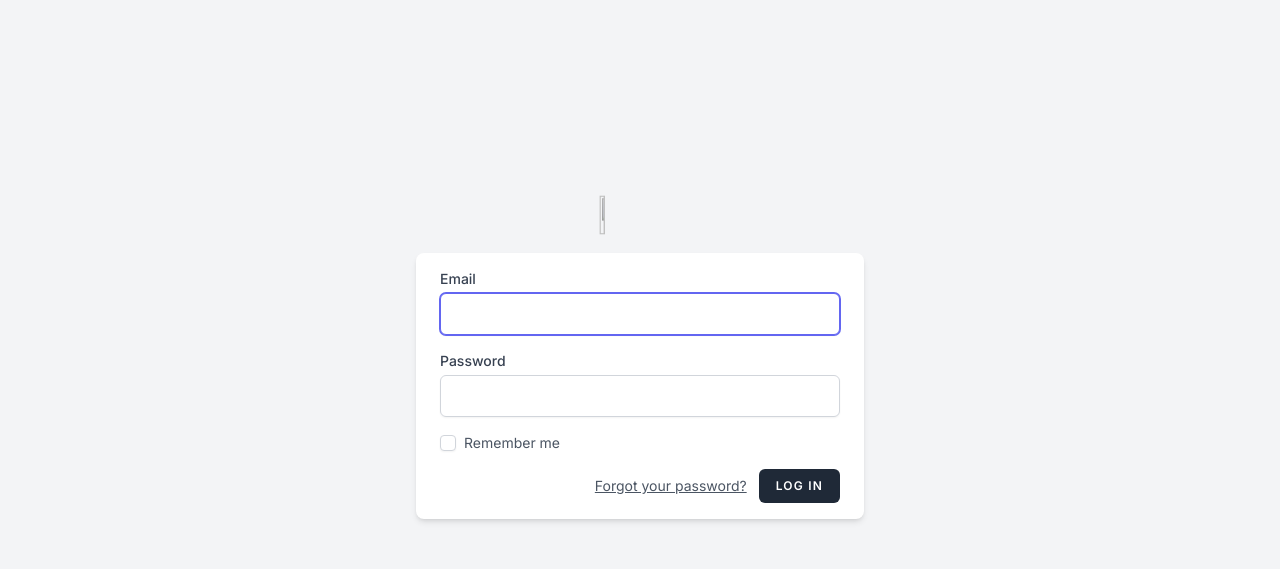
Repository: cosmin05072018/fantastic-events-manager
Page: http://localhost/login
An editor plug-in stored every save of this project. The page is shown before and after the next save, followed by the edit.
The browser window is 1280 px wide. The pictures show the whole page.
The page is served by the project's Laravel application, run on PHP 8.4 with Laravel 10. Other server files are loaded and not shown. Style sheets and scripts are compiled from the project's sources, by tool versions that may differ from the author's.

Above is the page before, as saved 2024-11-03 17:51:57.

### routes/web.php
<?php

use App\Http\Controllers\ProfileController;
use Illuminate\Support\Facades\Route;

/*
|--------------------------------------------------------------------------
| Web Routes
|--------------------------------------------------------------------------
|
| Here is where you can register web routes for your application. These
| routes are loaded by the RouteServiceProvider and all of them will
| be assigned to the "web" middleware group. Make something great!
|
*/

Route::get('/', function () {
    return view('startApp');
});

Route::get('/dashboard', function () {
    return view('dashboard');
})->middleware(['auth', 'verified'])->name('dashboard');

Route::middleware('auth')->group(function () {
    Route::get('/profile', [ProfileController::class, 'edit'])->name('profile.edit');
    Route::patch('/profile', [ProfileController::class, 'update'])->name('profile.update');
    Route::delete('/profile', [ProfileController::class, 'destroy'])->name('profile.destroy');
});

require __DIR__.'/auth.php';

### resources/views/auth/login.blade.php
<link rel="stylesheet" href="{{ asset('css/custom.css') }}">
<x-guest-layout>
    <!-- Session Status -->
    <x-auth-session-status class="mb-4" :status="session('status')" />

    <form method="POST" action="{{ route('login') }}">
        @csrf

        <!-- Email Address -->
        <div>
            <x-input-label for="email" :value="__('Email')" />
            <x-text-input id="email" class="block mt-1 w-full" type="email" name="email" :value="old('email')" required autofocus autocomplete="username" />
            <x-input-error :messages="$errors->get('email')" class="mt-2" />
        </div>

        <!-- Password -->
        <div class="mt-4">
            <x-input-label for="password" :value="__('Password')" />

            <x-text-input id="password" class="block mt-1 w-full"
                            type="password"
                            name="password"
                            required autocomplete="current-password" />

            <x-input-error :messages="$errors->get('password')" class="mt-2" />
        </div>

        <!-- Remember Me -->
        <div class="block mt-4">
            <label for="remember_me" class="inline-flex items-center">
                <input id="remember_me" type="checkbox" class="rounded dark:bg-gray-900 border-gray-300 dark:border-gray-700 text-indigo-600 shadow-sm focus:ring-indigo-500 dark:focus:ring-indigo-600 dark:focus:ring-offset-gray-800" name="remember">
                <span class="ms-2 text-sm text-gray-600 dark:text-gray-400">{{ __('Remember me') }}</span>
            </label>
        </div>

        <div class="flex items-center justify-end mt-4">
            @if (Route::has('password.request'))
                <a class="underline text-sm text-gray-600 dark:text-gray-400 hover:text-gray-900 dark:hover:text-gray-100 rounded-md focus:outline-none focus:ring-2 focus:ring-offset-2 focus:ring-indigo-500 dark:focus:ring-offset-gray-800" href="{{ route('password.request') }}">
                    {{ __('Forgot your password?') }}
                </a>
            @endif

            <x-primary-button class="ms-3">
                {{ __('Log in') }}
            </x-primary-button>
        </div>
    </form>
</x-guest-layout>

### resources/views/components/application-logo.blade.php
<div class="logo-img">
    <img src="{{ asset('storage/logo.svg') }}" alt="Logo" style="width: 20% !important;">
</div>

### public/css/custom.css
@import url("https://fonts.googleapis.com/css2?family=Inter:ital,opsz,wght@0,14..32,100..900;1,14..32,100..900&family=Open+Sans:ital,wght@0,300..800;1,300..800&display=swap");

:root {
    --white: #ffffff;
    --public-events: linear-gradient(to bottom, #afeeee, #40e0d0, #00ced1);
    --hotel-manager: linear-gradient(to right, #0099ffc0, #3a7bd5);
    --booking: linear-gradient(to right, #e43a15, #e65245);
}

* {
    box-sizing: border-box;
    padding: 0;
    margin: 0;
    font-family: "Inter", sans-serif;
}

body {
    background-repeat: no-repeat;
    background-size: cover;
    background-image: linear-gradient(
        30deg,
        hsla(344, 78%, 61%, 0.5),
        hsla(187, 100%, 42%, 0.5)
    );
}

.card {
    border-radius: 30% 70% 70% 30% / 60% 30% 70% 40%;
    height: 200px !important;
    transition: 0.4s linear;
    box-shadow: rgba(255, 255, 255, 0.1) 0px 1px 1px 0px inset,
        rgba(50, 50, 93, 0.25) 0px 50px 100px -20px,
        rgba(0, 0, 0, 0.3) 0px 30px 60px -30px;
}

.logo-img  {
    transition: 0.4s linear;
    transform: scale(1.4);
    z-index: 1;
}

.logo-img:hover {
    transform: scale(1.7);
}

.card:hover {
    transform: scale(1.1);
}

.btns-first-page {
    border: 0px !important;
    background: linear-gradient(
        30deg,
        hsl(344, 78%, 61%),
        hsla(187, 100%, 42%, 0.942)
    );
    color: var(--white);
    border-radius: 50px 10px 50px 10px;
}

.btns-first-page a{
    color: var(--white);
    text-decoration: none !important;
}

.public-events {
    background: var(--public-events);
}

.hotel-manager {
    background: var(--hotel-manager);
}

.booking {
    background: var(--booking);
}

Loaded but not shown: routes/auth.php (common file); app/Http/Controllers/Auth/EmailVerificationPromptController.php (common file); app/Http/Controllers/Controller.php (common file); app/Http/Controllers/Auth/VerifyEmailController.php (common file); app/Http/Controllers/Auth/AuthenticatedSessionController.php (common file); app/View/Components/GuestLayout.php (common file); resources/views/components/auth-session-status.blade.php (common file); resources/views/components/input-label.blade.php (common file); resources/views/components/text-input.blade.php (common file); resources/views/components/input-error.blade.php (common file); resources/views/components/primary-button.blade.php (common file); resources/views/layouts/guest.blade.php (common file); resources/css/app.css (common file); tailwind.config.js (common file); resources/js/app.js (common file); resources/js/bootstrap.js (common file)

After the next save:
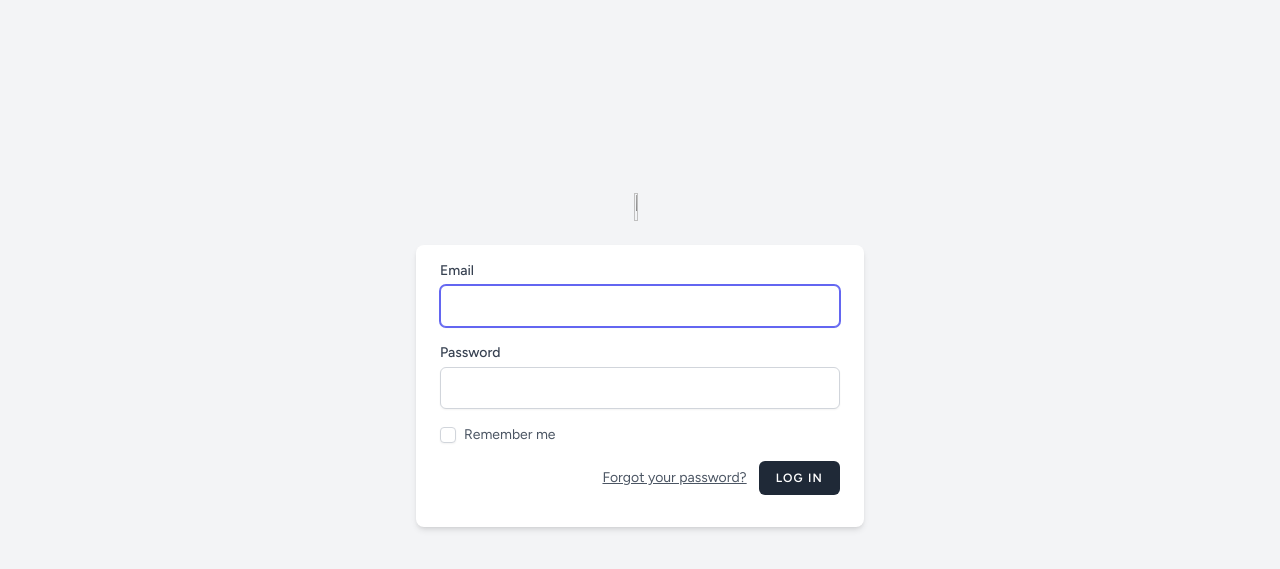
Saved 9 s later.
--- a/resources/views/auth/login.blade.php
+++ b/resources/views/auth/login.blade.php
@@ -1,4 +1,12 @@
-<link rel="stylesheet" href="{{ asset('css/custom.css') }}">
+<style>
+    .logo-img {
+        width: 100%;
+        display: flex;
+        align-items: center;
+        justify-content: center;
+    }
+</style>
+
 <x-guest-layout>
     <!-- Session Status -->
     <x-auth-session-status class="mb-4" :status="session('status')" />
@@ -9,7 +17,8 @@
         <!-- Email Address -->
         <div>
             <x-input-label for="email" :value="__('Email')" />
-            <x-text-input id="email" class="block mt-1 w-full" type="email" name="email" :value="old('email')" required autofocus autocomplete="username" />
+            <x-text-input id="email" class="block mt-1 w-full" type="email" name="email" :value="old('email')" required
+                autofocus autocomplete="username" />
             <x-input-error :messages="$errors->get('email')" class="mt-2" />
         </div>
 
@@ -17,10 +26,8 @@
         <div class="mt-4">
             <x-input-label for="password" :value="__('Password')" />
 
-            <x-text-input id="password" class="block mt-1 w-full"
-                            type="password"
-                            name="password"
-                            required autocomplete="current-password" />
+            <x-text-input id="password" class="block mt-1 w-full" type="password" name="password" required
+                autocomplete="current-password" />
 
             <x-input-error :messages="$errors->get('password')" class="mt-2" />
         </div>
@@ -28,14 +35,17 @@
         <!-- Remember Me -->
         <div class="block mt-4">
             <label for="remember_me" class="inline-flex items-center">
-                <input id="remember_me" type="checkbox" class="rounded dark:bg-gray-900 border-gray-300 dark:border-gray-700 text-indigo-600 shadow-sm focus:ring-indigo-500 dark:focus:ring-indigo-600 dark:focus:ring-offset-gray-800" name="remember">
+                <input id="remember_me" type="checkbox"
+                    class="rounded dark:bg-gray-900 border-gray-300 dark:border-gray-700 text-indigo-600 shadow-sm focus:ring-indigo-500 dark:focus:ring-indigo-600 dark:focus:ring-offset-gray-800"
+                    name="remember">
                 <span class="ms-2 text-sm text-gray-600 dark:text-gray-400">{{ __('Remember me') }}</span>
             </label>
         </div>
 
         <div class="flex items-center justify-end mt-4">
             @if (Route::has('password.request'))
-                <a class="underline text-sm text-gray-600 dark:text-gray-400 hover:text-gray-900 dark:hover:text-gray-100 rounded-md focus:outline-none focus:ring-2 focus:ring-offset-2 focus:ring-indigo-500 dark:focus:ring-offset-gray-800" href="{{ route('password.request') }}">
+                <a class="underline text-sm text-gray-600 dark:text-gray-400 hover:text-gray-900 dark:hover:text-gray-100 rounded-md focus:outline-none focus:ring-2 focus:ring-offset-2 focus:ring-indigo-500 dark:focus:ring-offset-gray-800"
+                    href="{{ route('password.request') }}">
                     {{ __('Forgot your password?') }}
                 </a>
             @endif
